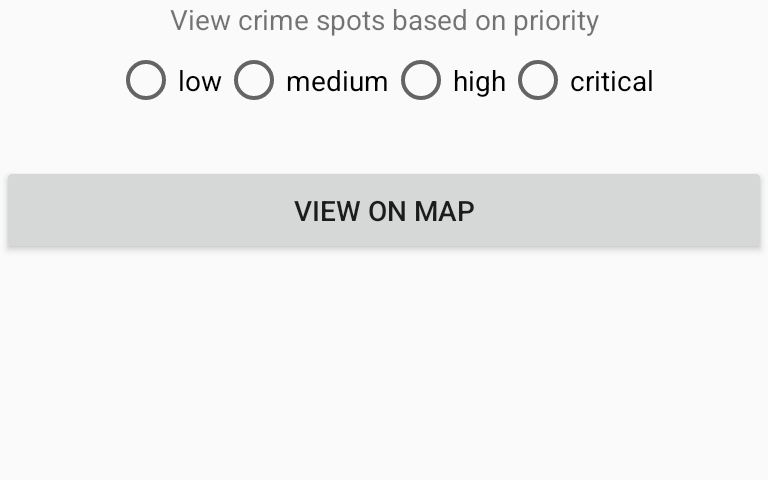
Repository: Pseudos/crowd-tidbits
Layout: crowd-tidbits/res/layout/receive.xml
These files come from the project's save history. The layout is drawn as it stood at one moment and after the next save; the edit follows.
The pictures show rows 800 to 1280 of an output 1280 px tall.
It is drawn on a 768 x 1280 px phone screen (xhdpi) without system bars, with theme AppTheme; the app's code is not run.

Above is the layout before, as saved 2015-09-29 17:21:00.

After the next save:
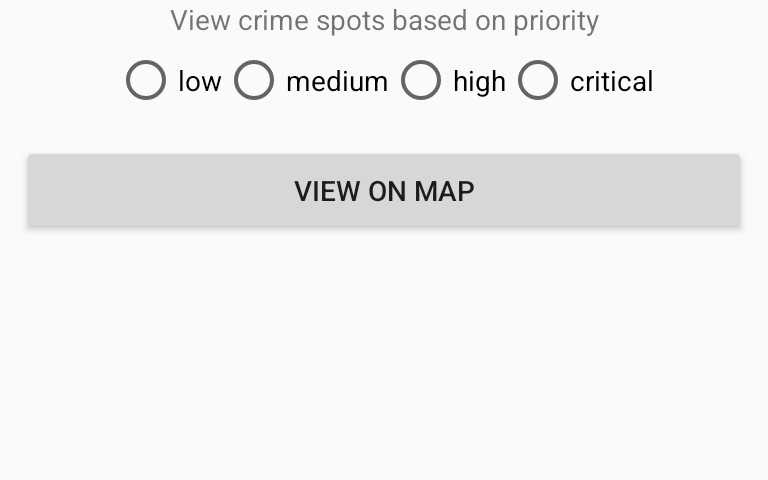
Saved 39 s later.
--- a/crowd-tidbits/res/layout/receive.xml
+++ b/crowd-tidbits/res/layout/receive.xml
@@ -59,10 +59,10 @@
 		     </RadioGroup>
 
 		     <Button
-		        android:id="@+id/receive"
+		        android:id="@+id/rec_view"
 		        android:layout_width="fill_parent"
 		        android:layout_height="wrap_content"
-		        android:layout_marginTop="20dp"
+		        android:layout_margin="10dp"
 		        android:paddingLeft="20dp"
 		        android:paddingRight="20dp"
 		        android:text="View on map"
